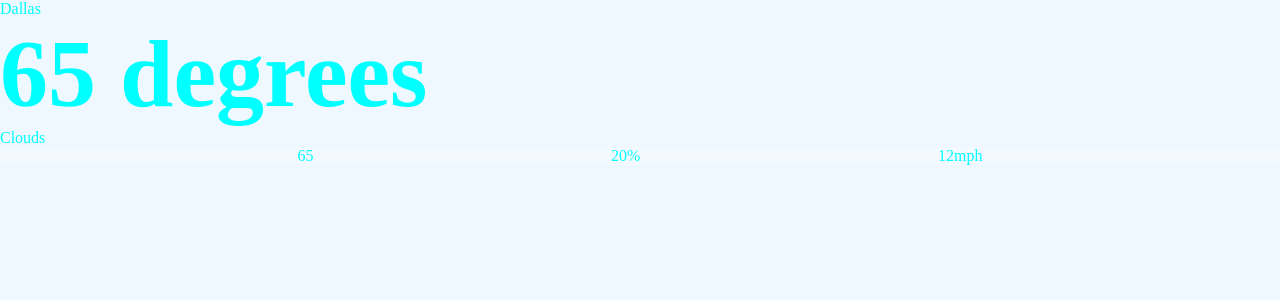
Repository: cakuang1/kanyequotes
Page: /
The author's editor kept a copy of each file at every save. The page is drawn from the files as they stood at one save, then again after the next save.
The browser window is 1280 px wide. The pictures show the whole page.
The project was rebuilt for these pictures with package versions that can differ from the ones it lists, and the page was loaded fresh each time.

Above is the page before, as saved 2022-07-16 15:27:25.

### src/index.css
* {
    box-sizing: border-box;
    margin: 0;
    padding: 0;


}

h1 {
    font-size: 6rem;

}

.app {
    width: 100%;
    height: 100vh;
    background-color: aliceblue;
    color: aqua;
}

.app .bottom {
    display: flex;
    justify-content: space-evenly;
    text-align: center;
    border-radius:12px;
    background-color: rgba(255, 255, 255, 0.2);
}

### src/App.js
import axios from 'axios';
import React,{useState} from 'react';




function App() {

  const url = 'https://api.openweathermap.org/data/2.5/weather?q=sanfrancisco&appid=8b4c41ca9585c94ca791570267e7f977'
  return (
    <div className="app">
        <div className='container'>
          <div className='top'>
            <div className='location'>
              <p> Dallas</p>
            </div>
            <div className='temp'>
              <h1>65 degrees</h1>
            </div>
            <div className='description'>
              <p>Clouds</p>
            </div>
          </div>
          <div className='bottom'>
            <div  className = "feels">
              <p>65</p>
            </div>
            <div className='humidity'>
              <p>20%</p>
            </div>
            <div className='winds'>
              <p> 12mph</p>
            </div>

          </div>
        </div>
    </div>
  );
}

export default App;

Loaded but not shown: public/index.html (common file); src/index.js (common file)

After the next save:
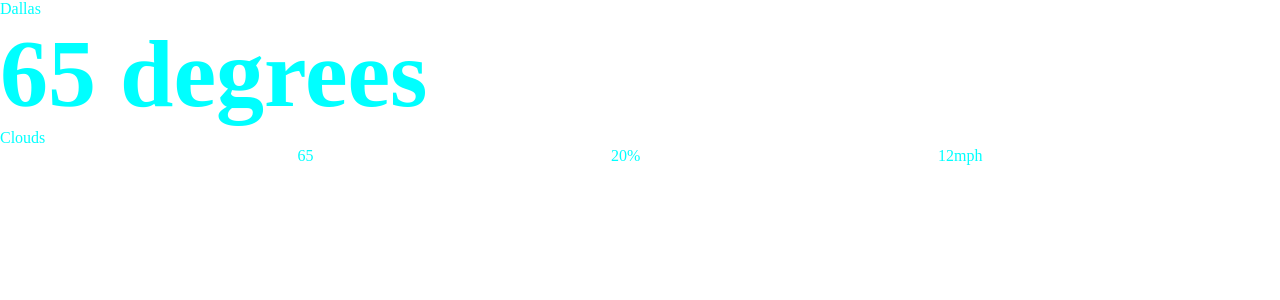
Saved 19 s later.
--- a/src/index.css
+++ b/src/index.css
@@ -14,7 +14,7 @@ h1 {
 .app {
     width: 100%;
     height: 100vh;
-    background-color: aliceblue;
+
     color: aqua;
 }
 
